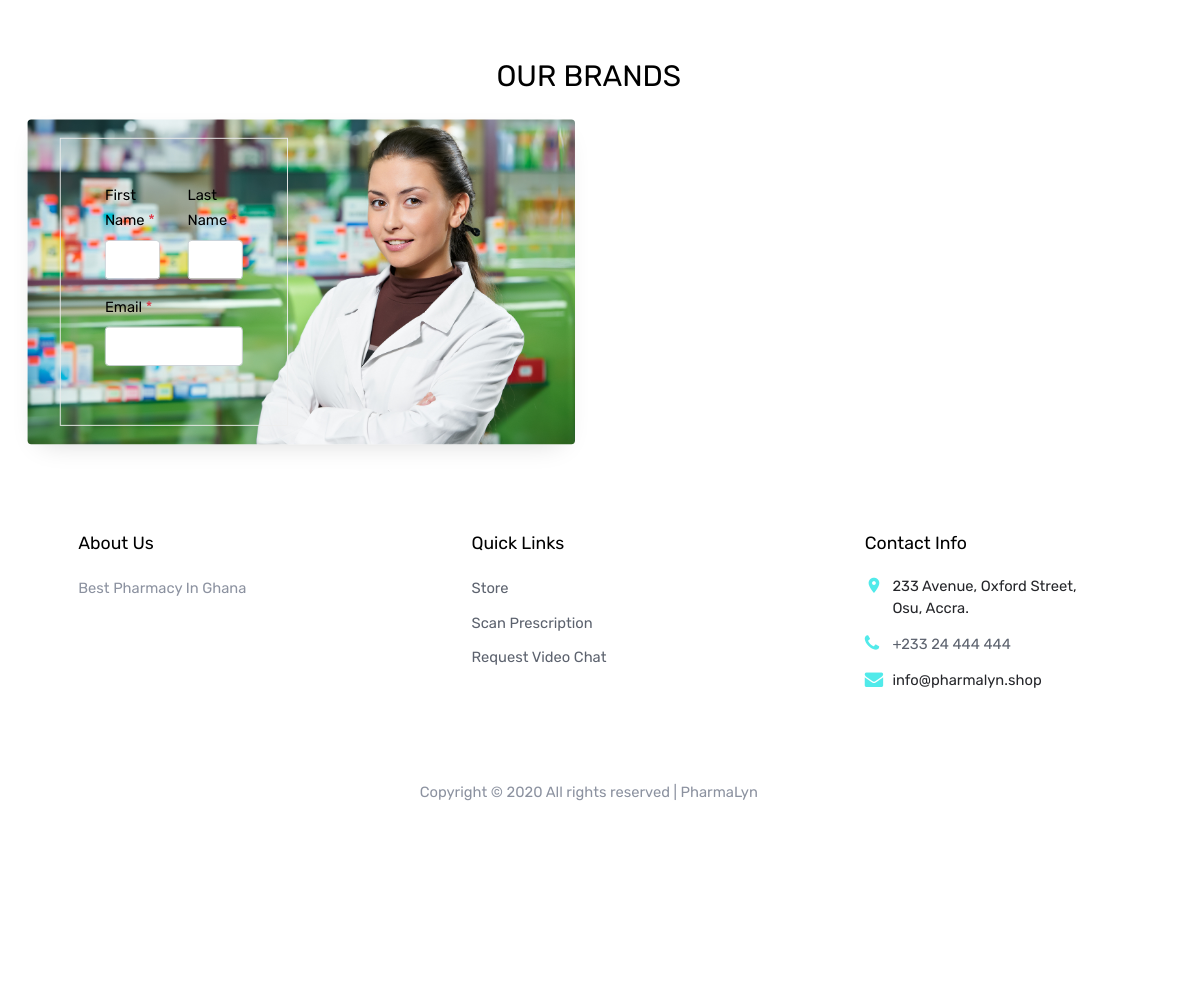
Repository: Nat-A/finalyearproject
Page: pharma/index - Copy.html
The author's editor kept a copy of each file at every save. The page is drawn from the files as they stood at one save, then again after the next save.
The browser window is 1280 px wide. The pictures show the part of the page from y = 802 to 1886 px (the page is 1886 px tall), at 92% of full size.

Above is the page before, as saved 2020-06-03 12:46:46.

### pharma/index - Copy.html
<!DOCTYPE html>
<html lang="en">

<head>
    <title>PharmaLyn &mdash; HomePage</title>
    <meta charset="utf-8">
    <meta name="viewport" content="width=device-width, initial-scale=1, shrink-to-fit=no">

    <link href="https://fonts.googleapis.com/css?family=Rubik:400,700|Crimson+Text:400,400i" rel="stylesheet">
    <link rel="stylesheet" href="fonts/icomoon/style.css">

    <link rel="stylesheet" href="css/bootstrap.min.css">
    <link rel="stylesheet" href="css/magnific-popup.css">
    <link rel="stylesheet" href="css/jquery-ui.css">
    <link rel="stylesheet" href="css/owl.carousel.min.css">
    <link rel="stylesheet" href="css/owl.theme.default.min.css">


    <link rel="stylesheet" href="css/aos.css">

    <link rel="stylesheet" href="css/style.css">

</head>

<body>

    <div class="site-wrap">

        <!-- navbar  -->
        <div class="site-navbar py-2">

            <div class="search-wrap">
                <div class="container">
                    <a href="#" class="search-close js-search-close"><span class="icon-close2"></span></a>
                    <!-- search feature -->
                    <form action="#" method="post">
                        <input type="text" class="form-control" placeholder="Search drug...">
                    </form>
                </div>
            </div>

            <div class="container">
                <div class="d-flex align-items-center justify-content-between">
                    <div class="logo">
                        <div class="site-logo">
                            <a href="index.html" class="js-logo-clone">PharmaLyn</a>
                        </div>
                    </div>
                    <div class="main-nav d-none d-lg-block">
                        <nav class="site-navigation text-right text-md-center" role="navigation">
                            <ul class="site-menu js-clone-nav d-none d-lg-block">
                                <li class="active"><a href="index.html">Home</a></li>

                                <li class="has-children">
                                    <a href="#">Services</a>
                                    <ul class="dropdown">
                                        <li><a href="shop.html">Store</a></li>
                                        <li><a href="#">Scan Prescription</a></li>
                                        <li><a href="#">Request Video Chat</a></li>
                                    </ul>
                                </li>
                                <li><a href="contact.html">Contact</a></li>
                                <li><a href="about.html">About</a></li>
                                <li><a href="#">Log In / Sign Up  </a></li>
                                <!-- insert modal here -->
                            </ul>
                        </nav>
                    </div>
                    <div class="icons">
                        <a href="#" class="icons-btn d-inline-block js-search-open"><span class="icon-search"></span></a>
                        <a href="cart.html" class="icons-btn d-inline-block bag">
                            <span class="icon-shopping-bag"></span>
                            <!-- subject to the items in the cart -->
                            <span class="number">2</span>
                        </a>
                        <a href="#" class="site-menu-toggle js-menu-toggle ml-3 d-inline-block d-lg-none"><span
                class="icon-menu"></span></a>
                    </div>
                </div>
            </div>
        </div>
        <!-- end of navbar -->


        <!-- site banner -->
        <div class="site-blocks-cover" style="background-image: url('images/pills.jpg');">
            <div class="container">
                <div class="row">
                    <div class="col-lg-7 mx-auto order-lg-2 align-self-center">
                        <div class="site-block-cover-content text-center">
                            <h2 class="sub-title">PharmaLyn, We Care For You</h2>
                            <h1>Welcome To PharmaLyn</h1>
                            <p>
                                <a href="shop.html" class="btn btn-primary px-5 py-3">Shop Now</a>
                            </p>
                        </div>
                    </div>
                </div>
            </div>
        </div>
        <!-- end of banner -->


        <!-- brands -->
        <div class="jumbotron jumbotron-fluid" style="background: #fff">
            <div class="container col-lg-12 col-md-12 m-sm-auto">
                <div class="row">
                    <div class="title-section text-center col-12">
                        <h2 class="text-uppercase">Our Brands</h2>
                    </div>
                </div>

                <div class="col-lg-6 mb-5 mb-lg-0 ">
                    <a class="banner-1 h-100 d-flex " style="background-image: url( 'images/avatars/doctor4.jpg'); ">
                        <div class="banner-1-inner align-self-center ">

                            <div class="col-md-12">

                                <form action="#" method="post">

                                    <div class="p-3 p-lg-5 border">
                                        <div class="form-group row">
                                            <div class="col-md-6">
                                                <label for="c_fname" class="text-black">First Name <span class="text-danger">*</span></label>
                                                <input type="text" class="form-control" id="c_fname" name="c_fname">
                                            </div>
                                            <div class="col-md-6">
                                                <label for="c_lname" class="text-black">Last Name <span class="text-danger">*</span></label>
                                                <input type="text" class="form-control" id="c_lname" name="c_lname">
                                            </div>
                                        </div>
                                        <div class="form-group row">
                                            <div class="col-md-12">
                                                <label for="c_email" class="text-black">Email <span class="text-danger">*</span></label>
                                                <input type="email" class="form-control" id="c_email" name="c_email" placeholder="">
                                            </div>
                                        </div>




                                    </div>
                                </form>
                            </div>
                        </div>
                    </a>
                </div>













                <!-- footer -->
                <footer class="site-footer ">
                    <div class="container ">
                        <div class="row ">
                            <div class="col-md-6 col-lg-3 mb-4 mb-lg-0 ">

                                <div class="block-7 ">
                                    <h3 class="footer-heading mb-4 ">About Us</h3>
                                    <p>Best Pharmacy In Ghana</p>
                                </div>

                            </div>
                            <div class="col-lg-3 mx-auto mb-5 mb-lg-0 ">
                                <h3 class="footer-heading mb-4 ">Quick Links</h3>
                                <ul class="list-unstyled ">
                                    <li><a href="shop.html ">Store</a></li>
                                    <li><a href="# ">Scan Prescription</a></li>
                                    <li><a href="# ">Request Video Chat</a></li>
                                </ul>
                            </div>

                            <div class="col-md-6 col-lg-3 ">
                                <div class="block-5 mb-5 ">
                                    <h3 class="footer-heading mb-4 ">Contact Info</h3>
                                    <ul class="list-unstyled ">
                                        <li class="address ">233 Avenue, Oxford Street, Osu, Accra. </li>
                                        <li class="phone "><a href="tel:// ">+233 24 444 444</a></li>
                                        <li class="email ">info@pharmalyn.shop</li>
                                    </ul>
                                </div>
                            </div>
                        </div>
                        <div class="row pt-5 text-center ">
                            <div class="col-md-12 ">
                                <p>
                                    Copyright &copy;
                                    <script>
                                        document.write(new Date().getFullYear());
                                    </script> All rights reserved | PharmaLyn
                                </p>
                            </div>
                        </div>
                    </div>
                </footer>
                <!-- end of footer -->
            </div>

            <script src="js/jquery-3.3.1.min.js "></script>
            <script src="js/jquery-ui.js "></script>
            <script src="js/popper.min.js "></script>
            <script src="js/bootstrap.min.js "></script>
            <script src="js/owl.carousel.min.js "></script>
            <script src="js/jquery.magnific-popup.min.js "></script>
            <script src="js/aos.js "></script>

            <script src="js/main.js "></script>

</body>

</html>

Loaded but not shown: pharma/fonts/icomoon/style.css (common file); pharma/css/bootstrap.min.css (library); pharma/css/magnific-popup.css (library); pharma/css/jquery-ui.css (library); pharma/css/owl.carousel.min.css (common file); pharma/css/owl.theme.default.min.css (common file); pharma/css/aos.css (library); pharma/js/jquery-3.3.1.min.js (library); pharma/js/jquery-ui.js (library); pharma/js/popper.min.js (library); pharma/js/bootstrap.min.js (library); pharma/js/owl.carousel.min.js (library); pharma/js/jquery.magnific-popup.min.js (library); pharma/js/aos.js (library); pharma/js/main.js (219 lines, source omitted); pharma/css/style.css (1125 lines, source omitted)

After the next save:
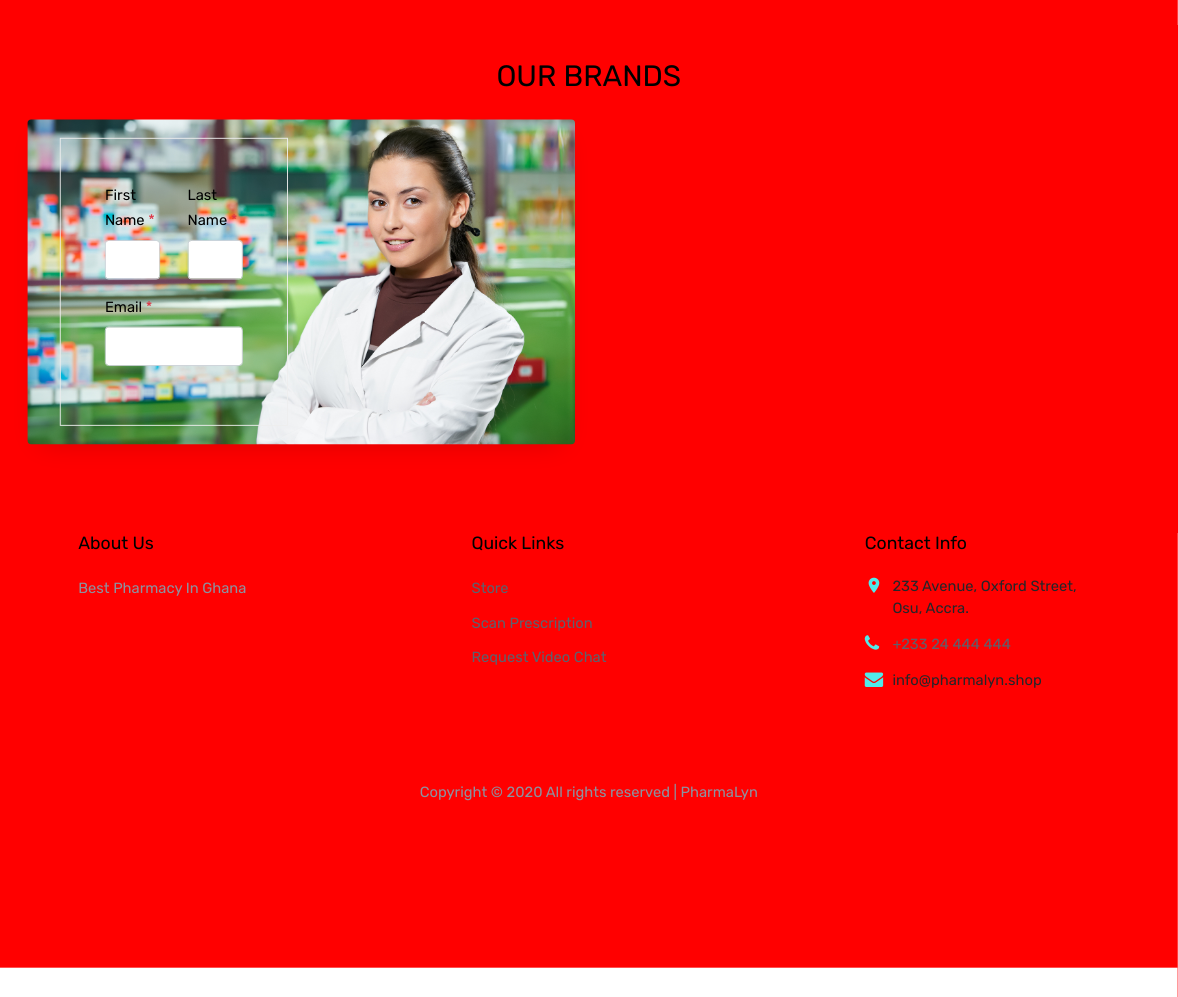
Saved 30 s later.
--- a/pharma/index - Copy.html
+++ b/pharma/index - Copy.html
@@ -102,7 +102,7 @@
 
 
         <!-- brands -->
-        <div class="jumbotron jumbotron-fluid" style="background: #fff">
+        <div class="jumbotron jumbotron-fluid" style="background: red">
             <div class="container col-lg-12 col-md-12 m-sm-auto">
                 <div class="row">
                     <div class="title-section text-center col-12">
